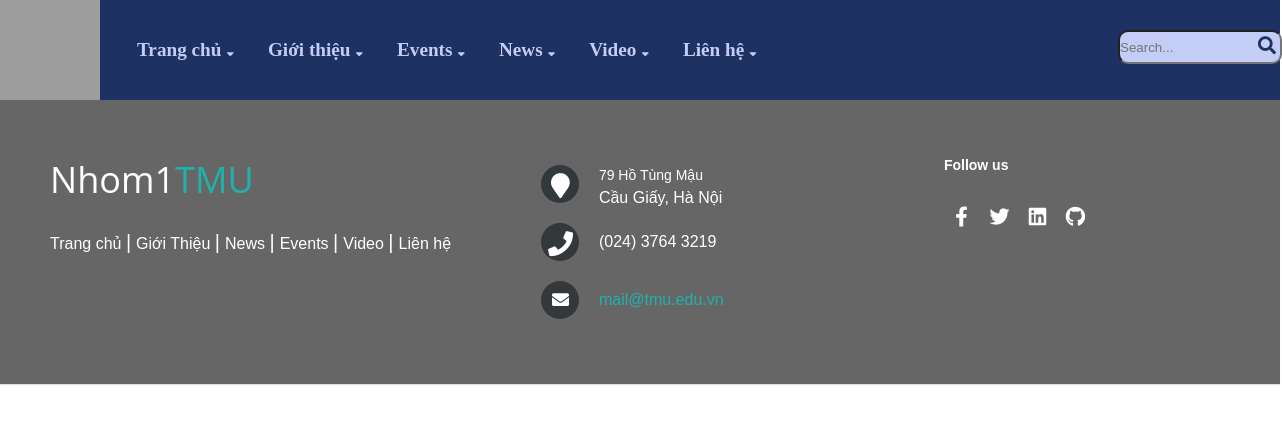
Repository: Luong-tung/MatchaTung
Page: newtopics/index.html
The author's editor kept a copy of each file at every save. The page is drawn from the files as they stood at one save, then again after the next save.
The browser window is 1280 px wide. The page is 1282 px wide, so the pictures cover 1282 px, including what lies to the right of the window. The pictures show the whole page.
Pictures or frames that could not be fetched are drawn as grey boxes. Some web libraries are served in a nearby version.

Above is the page before, as saved 2021-10-09 12:35:45.
Not found: newtopics/grid.css

After the next save:
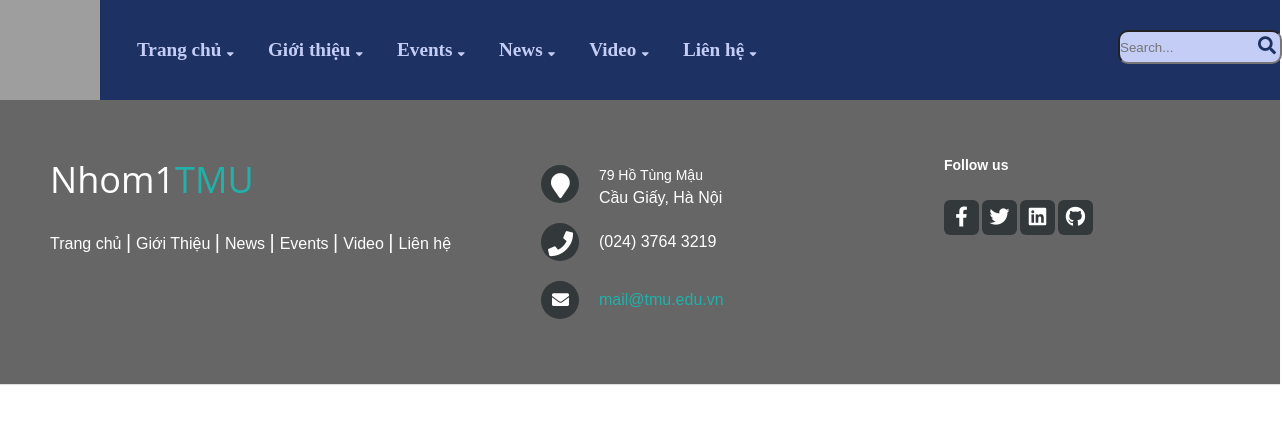
Saved 35 s later.
--- a/newtopics/iu.css
+++ b/newtopics/iu.css
@@ -235,7 +235,7 @@
 	cursor: pointer;
     margin-right: 6px;
 	border-radius: 6px;
-
+    background-color: #33383b;
 	font-size: 20px;
 	color: #fff;
 	text-align: center;
